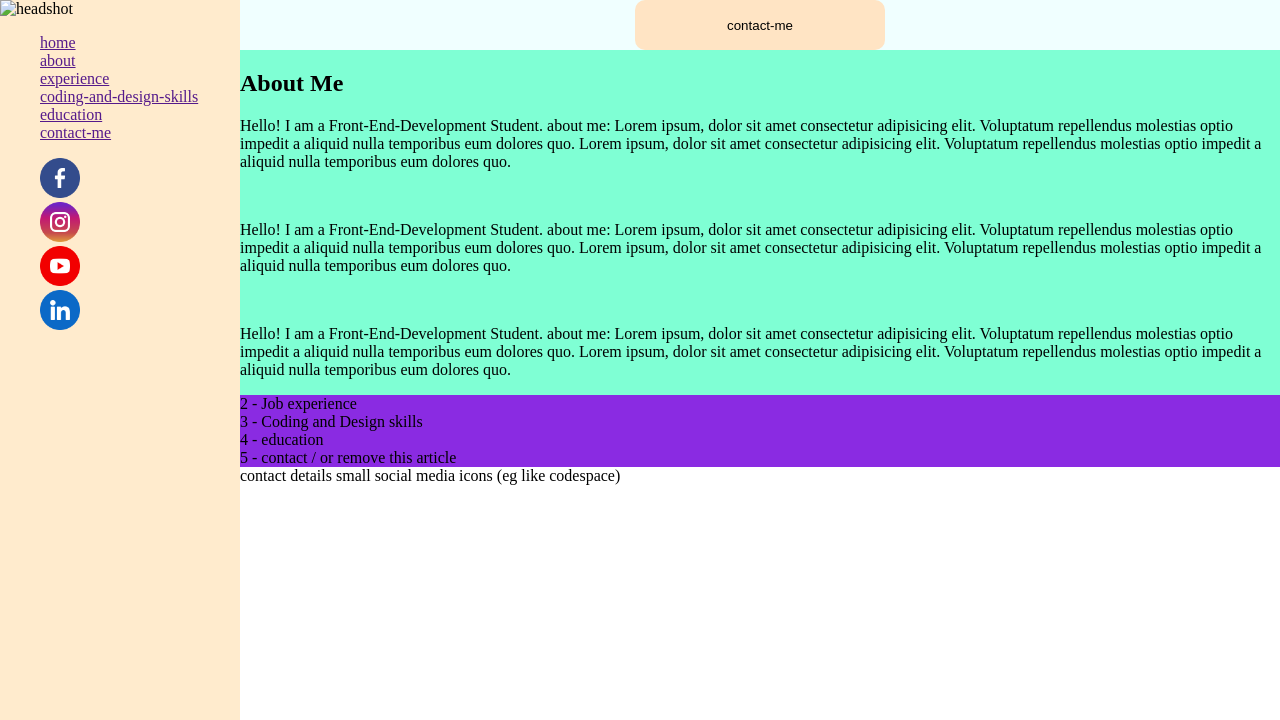
Repository: WesleyErasmus/MyDigitalResume-5
Page: index.html
An editor plug-in stored every save of this project. The page is shown before and after the next save, followed by the edit.
The browser window is 1280 px wide. The pictures show the whole page.

Above is the page before, as saved 2022-02-24 17:52:28.

After the next save:
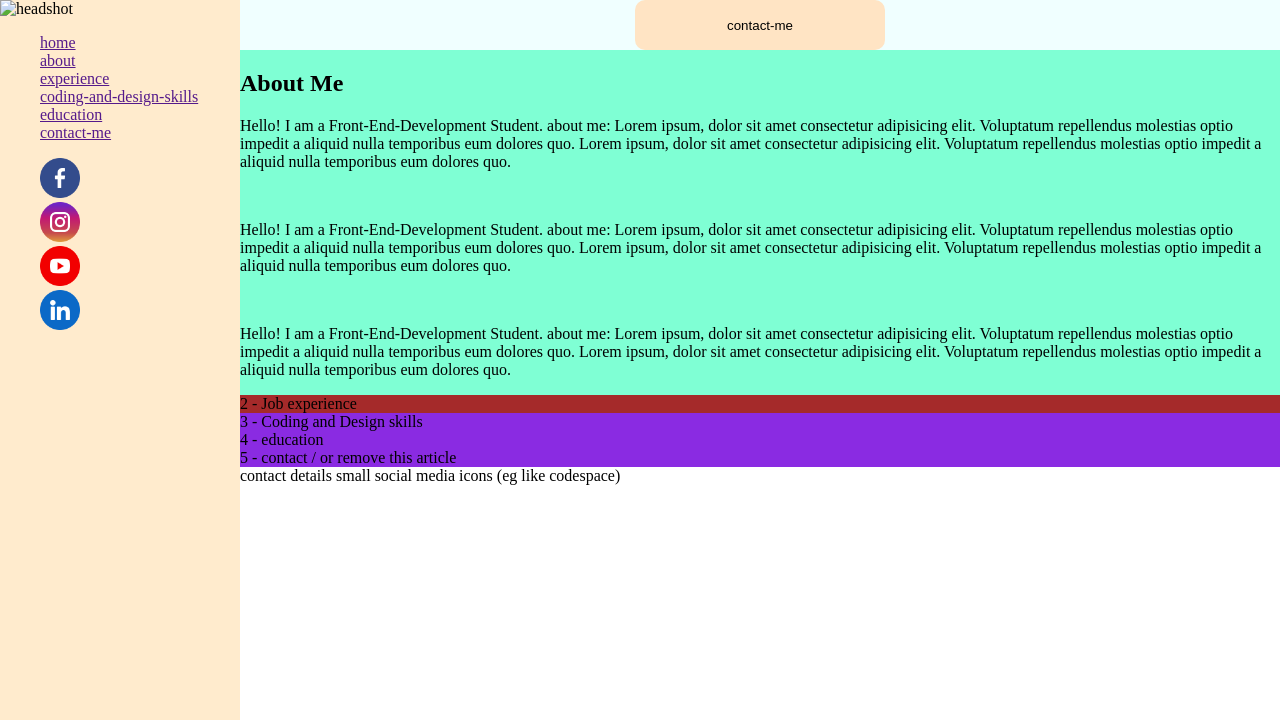
Saved 22 h 11 min later.
--- a/stylesheet.css
+++ b/stylesheet.css
@@ -41,3 +41,7 @@ article.about-me {
     overflow-x: hidden;
     /* Will need to use the two above stylings for other elements in main container  */
 }
+article.job-experience {
+    background-color:brown;
+    overflow-x: hidden;
+}
